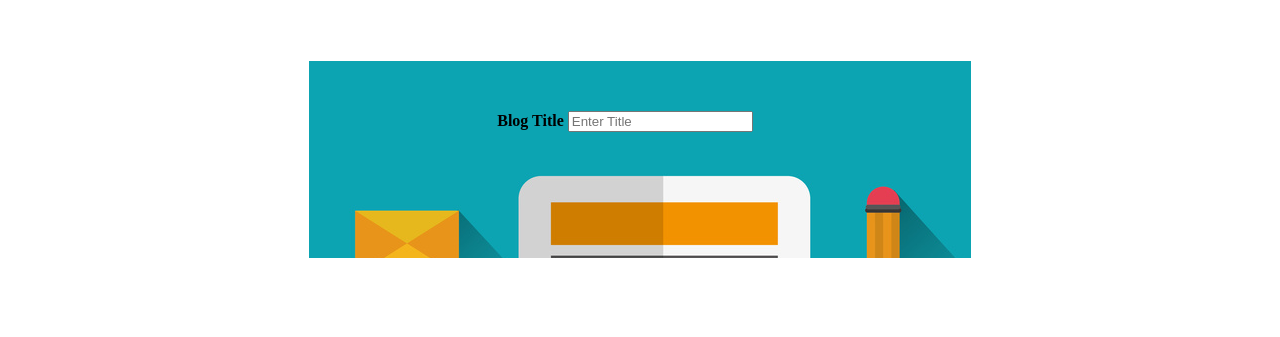
Repository: NeeleshPoojari/Project-2
Page: frontend_project2/WebContent/views/blogpostform.html
An editor plug-in stored every save of this project. The page is shown before and after the next save, followed by the edit.
The browser window is 1280 px wide. The pictures show the whole page.

Above is the page before, as saved 2017-07-17 15:54:29.

After the next save:
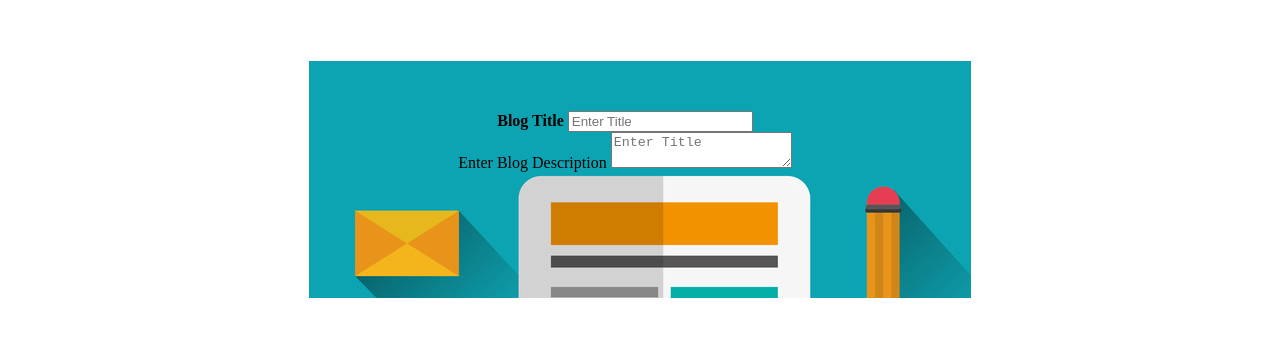
Saved 2 min 47 s later.
--- a/frontend_project2/WebContent/views/blogpostform.html
+++ b/frontend_project2/WebContent/views/blogpostform.html
@@ -10,6 +10,12 @@
 						class="form-control input-lg" >
 				</div>
 			</div>
+
+			<div class="row">
+           <label>Enter Blog Description</label>
+           <textarea ng-model="blogPost.description" placeholder="Enter Title"
+						class="form-control input-lg" ></textarea>
+
 			</div>
 			</form>
 
